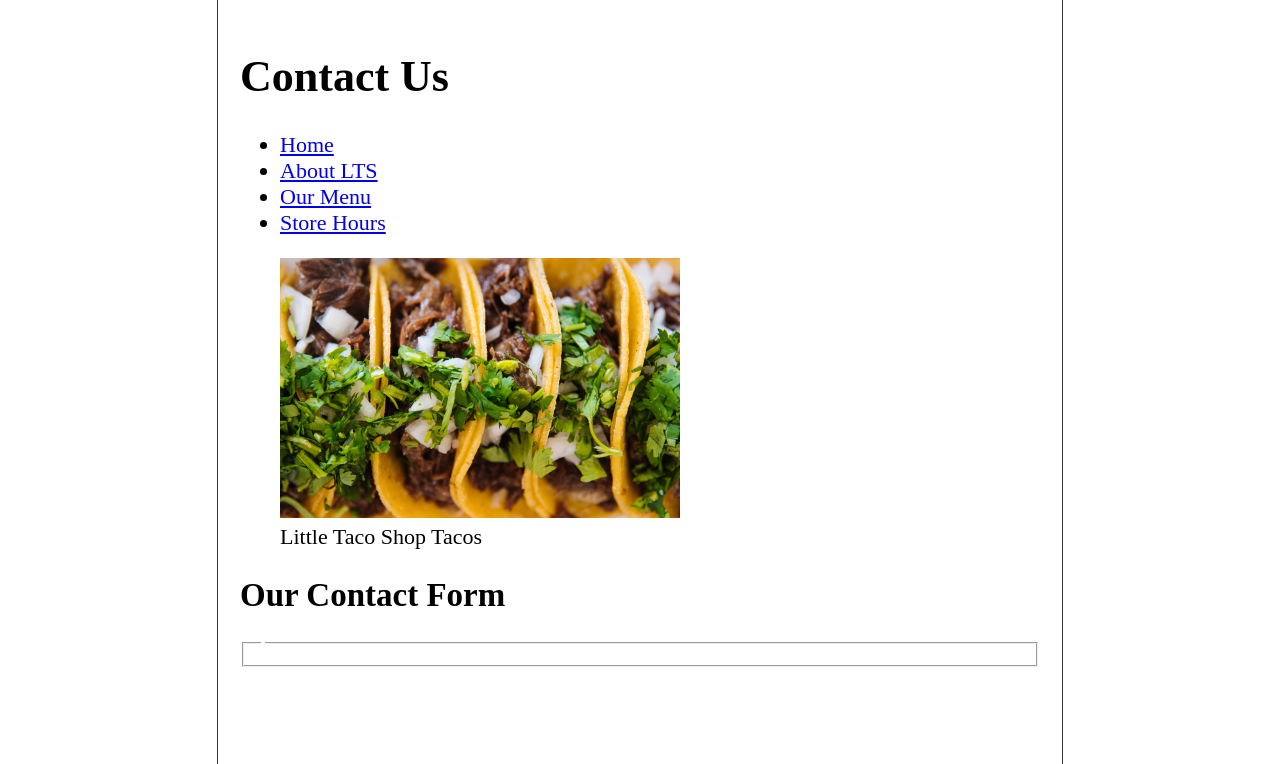
Repository: Israa-Odeh/html-basics-project
Page: contact.html
An editor plug-in stored every save of this project. The page is shown before and after a run of saves, followed by the edit.
The browser window is 1280 px wide. The pictures show the whole page.

Above is the page before, as saved 2024-08-20 03:03:01.

### contact.html
<!DOCTYPE html>
<html>

<head>
    <meta charset="UTF-8">
    <meta name="author" content="Israa Odeh">
    <meta name="description"
        content="Get in touch with Little Taco Shop! Visit our Contact Us page for our phone number, and location details. We are here to help with any questions or feedback.">
    <title>Contact Us - LTS</title>
    <link rel="icon" href="favicon.ico" type="image/x-icon">
    <link rel="stylesheet" href="css/style.css">
</head>

<body>
    <header>
        <h1>Contact Us</h1>
        <nav>
            <ul>
                <li>
                    <a href="index.html">Home</a>
                </li>
                <li>
                    <a href="index.html#about">About LTS</a>
                </li>
                <li>
                    <a href="index.html#menu">Our Menu</a>
                </li>
                <li>
                    <a href="hours.html">Store Hours</a>
                </li>
            </ul>
        </nav>
        <figure>
            <img src="img/tacos_close_up_400x260.png"
                alt="Close-up of a taco topped with fresh onions and vibrant parsley." width="400" height="260">
            <figcaption>Little Taco Shop Tacos</figcaption>
        </figure>
    </header>

    <main>
        <h2>Our Contact Form</h2>
        <form action="https://httpbin.org/post" method="post">
            <fieldset>
                <legend></legend>
            </fieldset>
        </form>

    </main>

    <footer>

    </footer>

</body>

</html>

Loaded but not shown: css/style.css (common file)

After the next 4 saves:
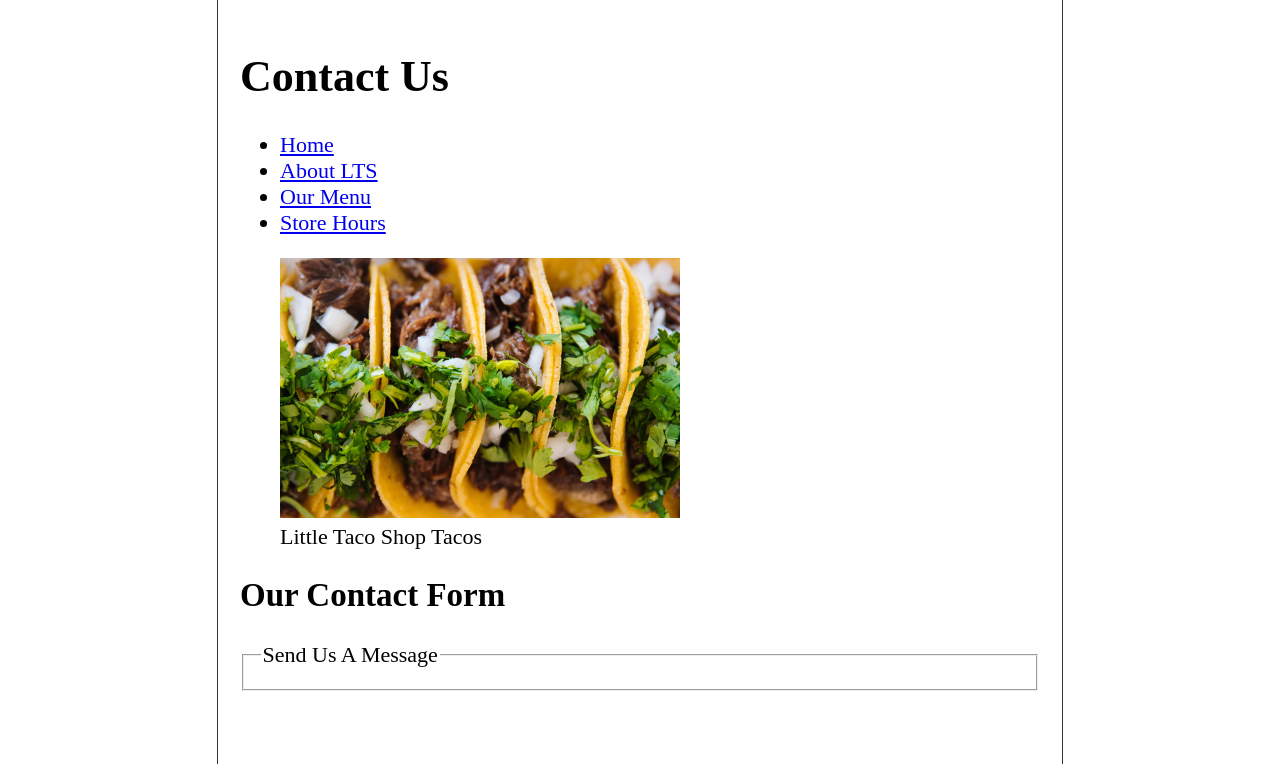
The 4 saves are shown as one change because they came seconds apart.
The last was saved 12 s later.
--- a/contact.html
+++ b/contact.html
@@ -41,7 +41,8 @@
         <h2>Our Contact Form</h2>
         <form action="https://httpbin.org/post" method="post">
             <fieldset>
-                <legend></legend>
+                <legend>Send Us A Message</legend>
+                <label for="name"></label>
             </fieldset>
         </form>
 
